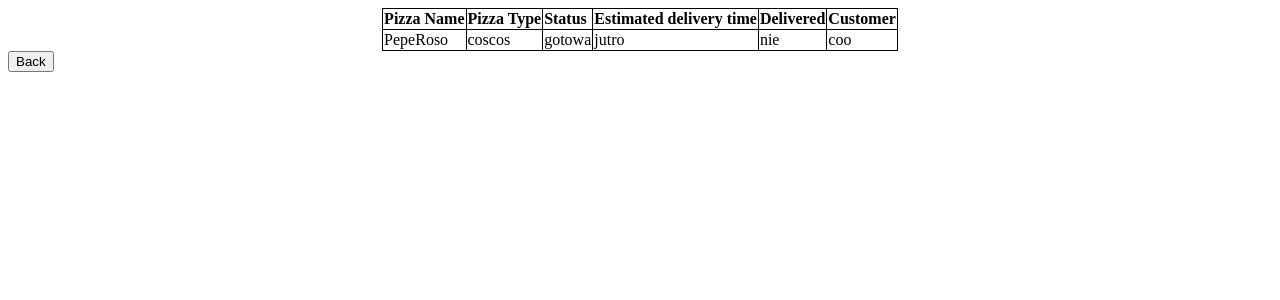
Repository: wisni4k/html-trainee
Page: testWeb/WebContent/OrdersList.html
The author's editor kept a copy of each file at every save. The page is drawn from the files as they stood at one save, then again after the next save.
The browser window is 1280 px wide. The pictures show the whole page.

Above is the page before, as saved 2015-07-10 13:07:43.

After the next save:
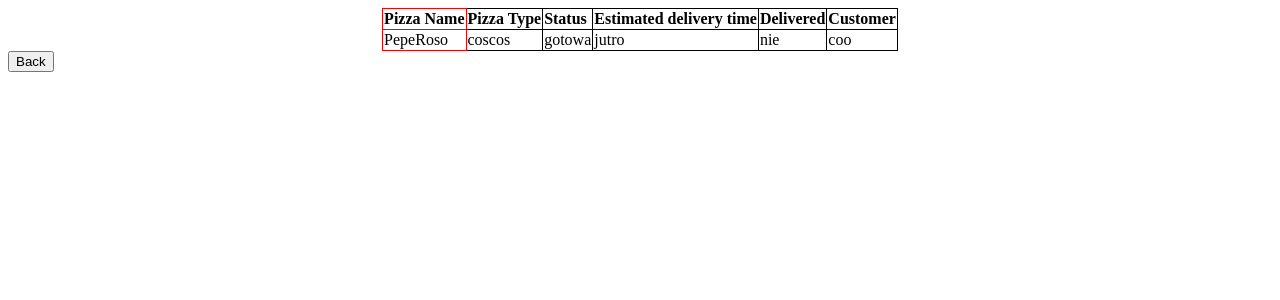
Saved 3 min 5 s later.
--- a/testWeb/WebContent/TableStyle.css
+++ b/testWeb/WebContent/TableStyle.css
@@ -9,3 +9,7 @@ table {
 table, th, td {
 	border: 1px solid black;
 }
+
+table td:FIRST-CHILD {
+	border: 1px solid red;
+}

After the save that followed:
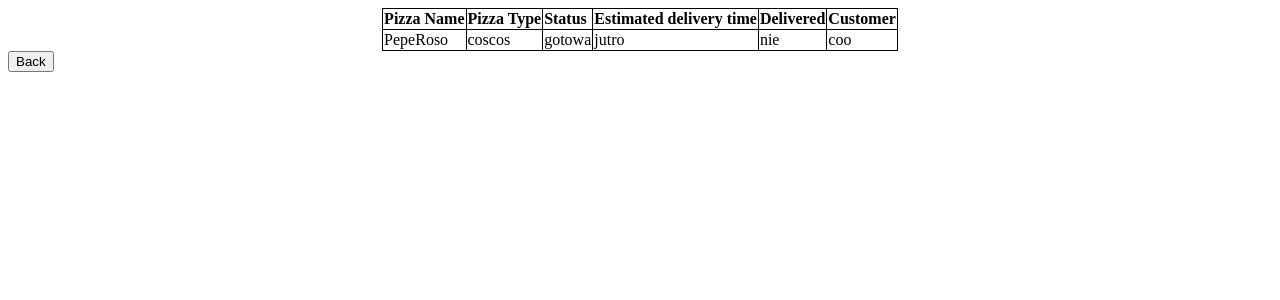
Saved 20 s later.
--- a/testWeb/WebContent/TableStyle.css
+++ b/testWeb/WebContent/TableStyle.css
@@ -10,6 +10,6 @@ table, th, td {
 	border: 1px solid black;
 }
 
-table td:FIRST-CHILD {
+table td:FIRST-LINE {
 	border: 1px solid red;
 }
